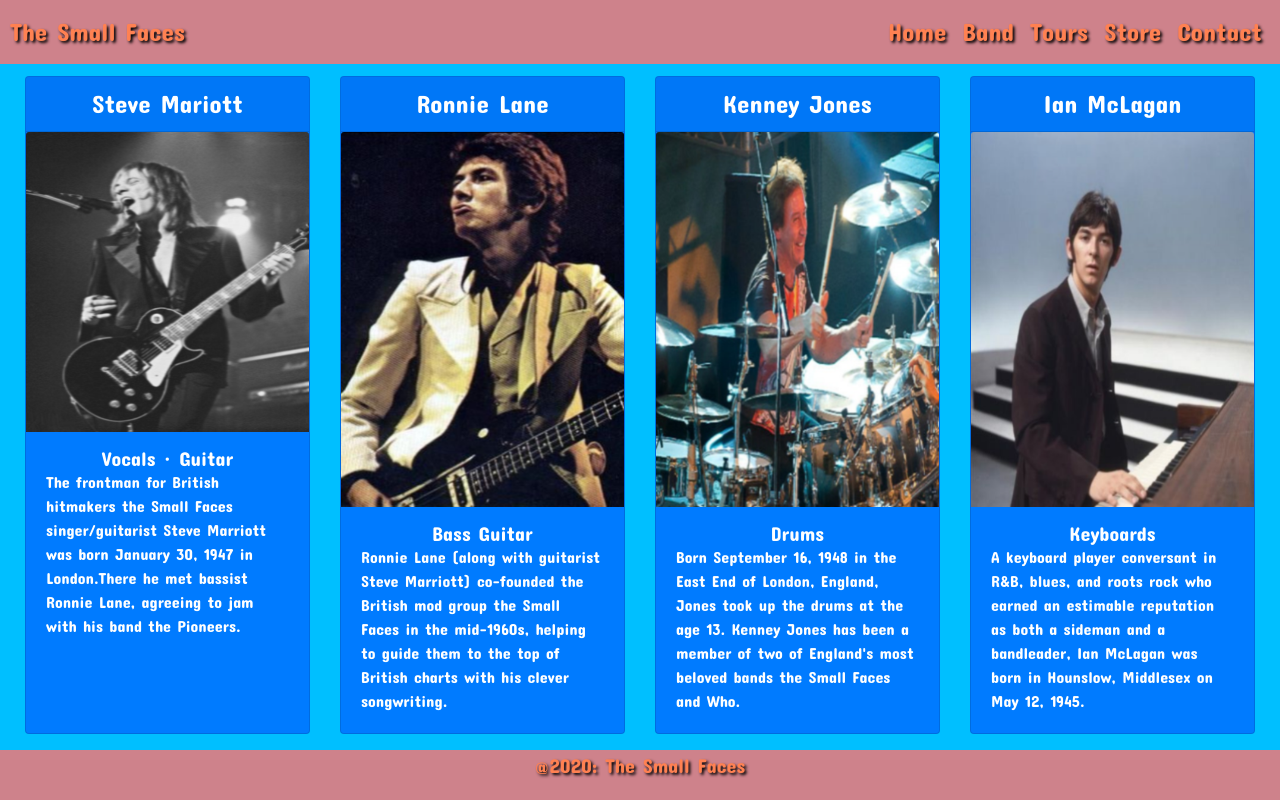
Repository: akshatnitd/User-Centric-FrontEnd-Milestone-Project
Page: band.html
The author's editor kept a record of every edit. The page is drawn from the files as they stood at one moment, then again after the next edit.
The browser window is 1280 px wide. The pictures show the whole page.
Some web libraries are served in a nearby version.

Above is the page before.

### band.html
<!DOCTYPE html>
<html lang="en">
<head>
  <meta charset="UTF-8">
  <meta name="viewport" content="width=device-width, initial-scale=1, shrink-to-fit=no">
  <meta http-equiv="X-UA-Compatible" content="ie=edge">
  <link href="https://fonts.googleapis.com/css?family=Abril+Fatface" rel="stylesheet">
	<link href="https://fonts.googleapis.com/css?family=Roboto" rel="stylesheet">
	<link href="https://fonts.googleapis.com/css?family=Concert+One&display=swap" rel="stylesheet">
	<link href="https://fonts.googleapis.com/css?family=Fjalla+One&display=swap" rel="stylesheet">
	<link rel="stylesheet" href="https://use.fontawesome.com/releases/v5.12.1/css/all.css">
	<link rel="stylesheet" href="https://stackpath.bootstrapcdn.com/bootstrap/4.4.1/css/bootstrap.min.css" integrity="sha384-Vkoo8x4CGsO3+Hhxv8T/Q5PaXtkKtu6ug5TOeNV6gBiFeWPGFN9MuhOf23Q9Ifjh" crossorigin="anonymous">
	<link href="assets/css/style.css" rel="stylesheet" type="text/css">
	<title>Band</title>
</head>
<body>
  <header>
      <nav class="navbar navbar-expand-sm navbar-dark">
  <a class="navbar-brand" href="index.html">The Small Faces</a>
  <button class="navbar-toggler ml-auto custom-toggler" type="button" data-toggle="collapse" data-target="#navbarNav" aria-controls="navbarNav" aria-expanded="false" aria-label="Toggle navigation">
    <i class="fas fa-bars"></i>
  </button>
  <div class="collapse navbar-collapse" id="navbarNav">
    <ul class="nav navbar-nav ml-auto">
      <li class="nav-item">
        <a class="nav-link" href="index.html">Home</a>
      </li>
      <li class="nav-item">
        <a class="nav-link" href="band.html">Band</a>
      </li>
      <li class="nav-item">
        <a class="nav-link" href="tour.html">Tours</a>
      </li>
      <li class="nav-item">
        <a class="nav-link" href="store.html">Store</a>
      </li>
      <li class="nav-item">
        <a class="nav-link" href="contact.html">Contact</a>
      </li>
    </ul>
    </header>
    <section>
        <div class="card-deck">
          <div class="card text-white bg-primary mb-3">
            <h1 class="card-header">Steve Mariott</h1>
            <img class="card-img-top" src="images/steve-marriott.jpg" alt="Card image cap" height="300">
            <div class="card-body">
              <h5 class="card-subtitle">Vocals &#183; Guitar</h5>
              <p class="card-text">The frontman for British hitmakers the Small Faces
				                 singer/guitarist Steve Marriott was born January 30,
				                 1947 in London.There he met bassist Ronnie Lane,
				                 agreeing to jam with his band the Pioneers.</p>
            </div>
          </div>
          <div class="card text-white bg-primary mb-3">
            <h1 class="card-header">Ronnie Lane</h1>
            <img class="card-img-top" src="images/ronnie-lane_1.jpg" alt="Card image cap">
            <div class="card-body">
              <h5 class="card-subtitle">Bass Guitar</h5>
              <p class="card-text">Ronnie Lane (along with guitarist Steve Marriott)
								 co-founded the British mod group the Small Faces in
								 the mid-1960s, helping to guide them to the top of
								 British charts with his clever songwriting.</p>
            </div>
          </div>
          <div class="card text-white bg-primary mb-3">
    <h1 class="card-header">Kenney Jones</h1>
    <img class="card-img-top" src="images/kenney-jones.jpg" alt="Card image cap">
    <div class="card-body">
      <h5 class="card-subtitle">Drums</h5>
      <p class="card-text">Born September 16, 1948 in the East End of London,
								 England, Jones took up the drums at the age 13.
								 Kenney Jones has been a member of two of
								 England's most beloved bands the Small Faces and Who.</p>
    </div>
  </div>
  <div class="card text-white bg-primary mb-3">
   <h1 class="card-header">Ian McLagan</h1>
    <img class="card-img-top" src="images/Ian-McLagan.jpg" alt="Card image cap">
    <div class="card-body">
      <h5 class="card-subtitle">Keyboards</h5>
      <p class="card-text">A keyboard player conversant in R&B, blues,
				                 and roots rock who earned an estimable reputation
				                 as both a sideman and a bandleader, Ian McLagan
				                 was born in Hounslow, Middlesex on May 12, 1945.</p>
       </div>
      </div>
    </div>
    </section>
    <!-- Footer -->
  <footer class="footer">@2020: The Small Faces</footer>
  <!-- Footer -->
    <script src="https://code.jquery.com/jquery-3.3.1.slim.min.js" integrity="sha384-q8i/X+965DzO0rT7abK41JStQIAqVgRVzpbzo5smXKp4YfRvH+8abtTE1Pi6jizo" crossorigin="anonymous"></script>
    <script src="https://cdnjs.cloudflare.com/ajax/libs/popper.js/1.14.3/umd/popper.min.js" integrity="sha384-ZMP7rVo3mIykV+2+9J3UJ46jBk0WLaUAdn689aCwoqbBJiSnjAK/l8WvCWPIPm49" crossorigin="anonymous"></script>
    <script src="https://stackpath.bootstrapcdn.com/bootstrap/4.1.3/js/bootstrap.min.js" integrity="sha384-ChfqqxuZUCnJSK3+MXmPNIyE6ZbWh2IMqE241rYiqJxyMiZ6OW/JmZQ5stwEULTy" crossorigin="anonymous"></script>
</body>
</html>

### assets/css/style.css

/*............................................Heading*/
.navbar{
	padding: 10px 10px 10px 10px;
	height: 4rem;
	background-color: #ce828b;
	text-shadow:2px 2px 3px black;
}

.custom-toggler.navbar-toggler {
  border-color:  rgb(255,129,82);
  border-width: 2px;
  box-shadow:2px 2px 3px black;
  }

.navbar-dark .navbar-brand {
  font-family: 'Concert One', cursive;
	font-size: 25px;
	vertical-align: middle;
	color: rgb(255,129,82);
	text-shadow:2px 2px 3px black;
}

.navbar-dark .navbar-nav .nav-link {
  color: rgb(255,129,82);
  font-family: 'Concert One', cursive;
  font-size: 25px;
  z-index: 100;
}


.fa-bars{
	color: rgb(255,129,82);
	text-shadow:2px 2px 3px black;
}



/*............................................Home Page*/
.img-fluid{
  width: 100%;
  height: 93vh;
}

.img-responsive{
  display: block;
  width: 100%;
  height: 93vh;
}

.img-title{
	position: absolute;
	top: 60%;
	left: 50%;
	transform: translate(-50%, -50%);
	-moz-transform: translate(-50%, -50%);
	-webkit-transform: translate(-50%, -50%);
	-ms-transform: translate(-50%, -50%);
}

/*............................................Band Page*/

body {
	background-color: #00bfff;
}

h1 {
	text-align: center;
	font-family: 'Concert One', cursive;
	font-size: 25px;
}

h5 {
	text-align: center;
	font-family: 'Concert One', cursive;
}

.card-deck{
  margin-top: 12px;

	margin-left: 10px;
	margin-right: 10px;
}

.card-title{
	text-align: center;
}

.card-text {
	font-family: 'Concert One', cursive;
}

.card-text>p{
	text-align: justify;
}

/*............................................Tours*/

.table{
	margin-top: 20px;
	margin-bottom: 20px;
}

.table-header{
	text-align: center;
}

td, th {
	font-family: 'Concert One', cursive;
	font-size: 20px;
	color: white;
	letter-spacing: 2px;
}

/*............................................Store*/

/* Grid container */
#p-grid {
  margin-left: 5px;
  margin-right: 5px;
  display: grid;
  margin-top: 5px;
  margin-bottom: 6px;

/* Width of columns */
grid-template-columns: 25% 25% 25% 25%;
}

/* Product items */
div.p-grid-in {
  box-sizing: border-box;
  margin: 5px;
  padding: 10px;
  border: 1px solid #e8f0ff;
  border-radius: 5px;
  box-shadow:2px 2px 3px black;
  background: #0077f7;
  }

img.p-img {
  width: 100%;
  height: auto;
  border-radius: 5px;
  }

div.p-name {
  font-size: 18px;
  text-align: center;
  font-family: 'Concert One', cursive;
  margin-top: 2px;
  color: white;
  border-radius: 5px;
  text-shadow:2px 2px 3px black;
 }

div.p-price {
  color: white;
  text-align: center;
  font-size: 20px;
  text-align: center;
  font-family: 'Roboto', sans-serif;
  font-weight: 900;
  text-shadow:2px 2px 3px black;
  }

div.p-desc {
  color: #888;
  font-size: 0.9em;
  }
      button.p-add {
      	background: #f46b41;
        color: #fff;
        border: none;
        width: 100%;
        padding: 10px;
        font-size: 1.1em;
        cursor: pointer;
        border-radius: 5px;
      }

h6 {
	font-family: 'Roboto', sans-serif;
	color: white;
	font-size: 15px;
	margin-top: 5px;
	margin-bottom: 5px;
	text-align: center;
	text-shadow:2px 2px 3px black;

}

audio {
  width: 95%;
  box-shadow:2px 2px 3px black;
  border-radius: 100px;
  border-width: 25px;
  transform: scale(1.05);
  background-color: black;
  z-index: 100;
  margin-left: 7px;
 }



      /* Responsive */
      @media only screen and (max-width: 1024px) {
        #p-grid { grid-template-columns: 33% 33% 33%; }
      }
      @media only screen and (max-width: 600px) {
        #p-grid { grid-template-columns: 100%; }
      }


/*............................................Contact*/
:root {
  --white: #afafaf;
  --red: #e31b23;
  --borderFormEls: hsl(0, 0%, 10%);
  --bgFormEls: hsl(0, 0%, 14%);
  --bgFormElsFocus: hsla(272, 90%, 54%, 0.6);
}

* {
  padding: 0;
  margin: 0;
  box-sizing: border-box;
  outline: none;

}

a {
  color: inherit;
}

input,
select,
textarea,
button {
  font-family: inherit;
  font-size: 20px;
  font-family: 'Concert One', cursive;
}

button,
label {
  cursor: pointer;
}

select {
  appearance: none;
}

select::-ms-expand {
  display: none;
}

select:-moz-focusring {
  color: transparent !important;
  text-shadow: 0 0 0 var(--white);
}

textarea {
  resize: none;
}

ul {
  list-style: none;
}

.my-form select,
.my-form input,
.my-form textarea,
.my-form button {
  margin-top: 15px;
  width: 100%;
  line-height: 1.5;
  padding: 15px 10px;
  border: 1px solid var(--borderFormEls);
  border-color: #1A237E;
  border-radius: 5px;
  color: white;
  background: var(--bgFormEls);
  background-color: #2196f3;
  transition: background-color 0.3s cubic-bezier(0.57, 0.21, 0.69, 1.25),
  transform 0.3s cubic-bezier(0.57, 0.21, 0.69, 1.25);
  text-align: center;
  height: 20px;
}

.my-form textarea {
  height: 258px;
  text-align: center;
}

.my-form ::placeholder {
  color: inherit;
  opacity: 1;
}

.my-form select:focus,
.my-form input:focus,
.my-form textarea:focus,
.my-form button:focus {
  background: var(--bgFormElsFocus);
}

.my-form select:focus,
.my-form input:focus,
.my-form textarea:focus {
  transform: scale(1.02);
}

.my-form *:required,
.my-form select {
  background-repeat: no-repeat;
  background-position: center right 12px;
  background-size: 15px 15px;
}

.my-form .btn-grid {
  position: relative;
  overflow: hidden;
  transition: filter 0.2s;
}

.my-form button:enabled:hover,
.my-form button:focus {
  background: var(--bgFormElsFocus);
  background-color: red;
}

.my-form button > * {
  height: 20px;
  display: inline-block;
  width: 100%;
  transition: transform 0.4s ease-in-out;
  text-align: center;
}

.my-form button .back {
  position: absolute;
  left: 50%;
  top: 50%;
  transform: translate(-110%, -50%);
}

.my-form button:enabled:hover .back,
.my-form button:focus .back {
  transform: translate(-50%, -50%);

}

.my-form button:enabled:hover .front,
.my-form button:focus .front {
  transform: translateX(110%);

}

/*............................................Footer*/
.footer {
  height: 50px;
  text-align: center;
  font-size: 20px;
  font-family: 'Concert One', cursive;
  color: #ff8152;
  background-color: #ce828b;
  text-shadow:2px 2px 3px black;
  vertical-align: middle;
}


/*.............................................Media Queries*/

@media (min-width: 601px) {
.mobile {
	display: none;
	}

.img-fluid {
	display: block;
	max-width: 100vw;
	}

.mobile-tour{
	display: none;
	}
}

@media (max-width: 600px){
h3 {
	text-align: center;
	font-family: 'Concert One', cursive;
	font-size: 25px;
	font-weight: bold;
	color:white;
	letter-spacing: 2px;
}

p {
	text-align: center;
	font-family: 'Concert One', cursive;
	font-size: 22px;
	color:white;
	letter-spacing: 2px;
}

.mobile {
	display: block;
}

.mobile-tour{
	display: block;
}

.table-responsive {
	display: none;
}

.column {
	width: 100%;
	display: block;
	margin-bottom: 20px;
	text-align: center;
	background-color: #007bff;
}

.img-fluid {
	display: none;
}
.img-title {
	display: none;
}

.img-mobile {
	width: 100%;
	height: 90vh;
}

.navbar-brand{
	font-family: 'Concert One', cursive;
	font-size: 50px;
}

.navbar-dark .navbar-nav .nav-link {
	position: relative;
	font-size: 24px;
	z-index: 100;
	line-height: 20px;
}

.footer {
  color: black;
  width:100%;
  padding:0;
  clear:both;
  bottom:0;
  position: absolute;
}
}

After the next edit:
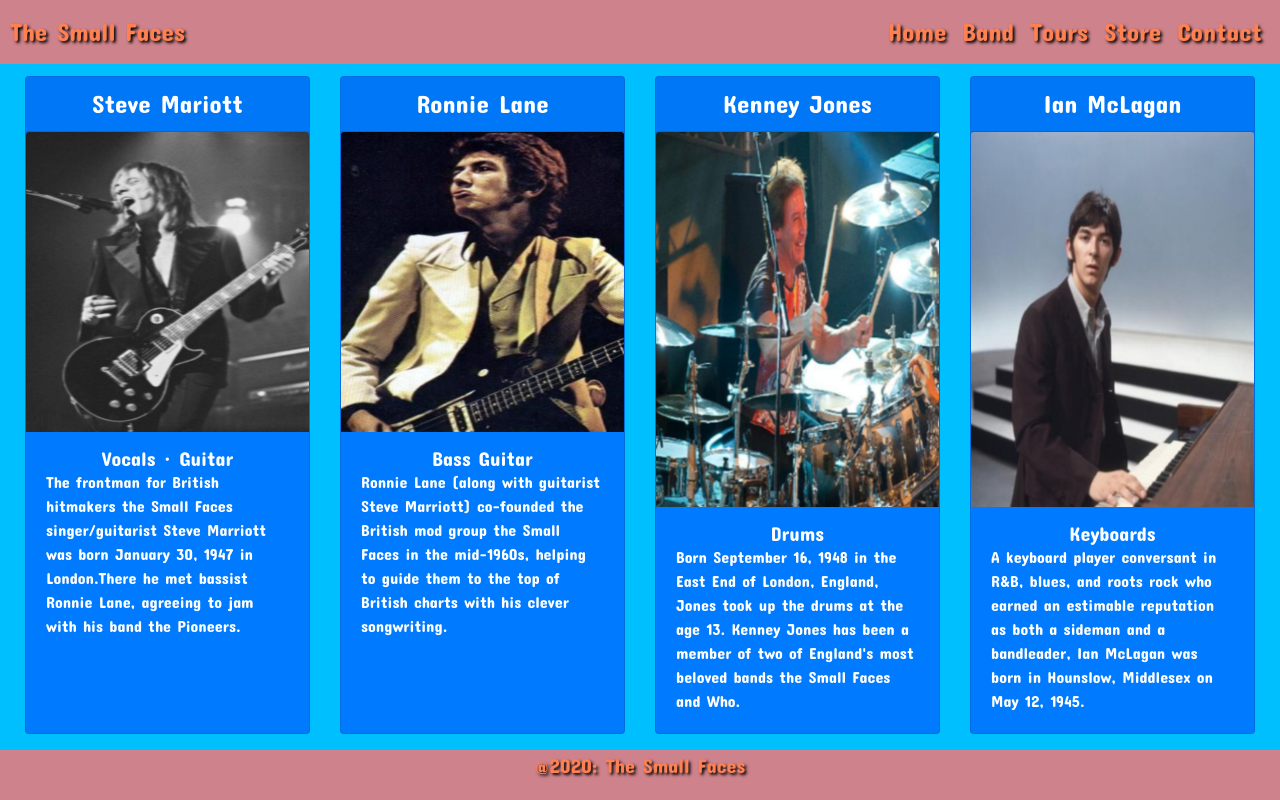
The edit:
--- a/band.html
+++ b/band.html
@@ -54,7 +54,7 @@
           </div>
           <div class="card text-white bg-primary mb-3">
             <h1 class="card-header">Ronnie Lane</h1>
-            <img class="card-img-top" src="images/ronnie-lane_1.jpg" alt="Card image cap">
+            <img class="card-img-top" src="images/ronnie-lane_1.jpg" alt="Card image cap" height="300">
             <div class="card-body">
               <h5 class="card-subtitle">Bass Guitar</h5>
               <p class="card-text">Ronnie Lane (along with guitarist Steve Marriott)
